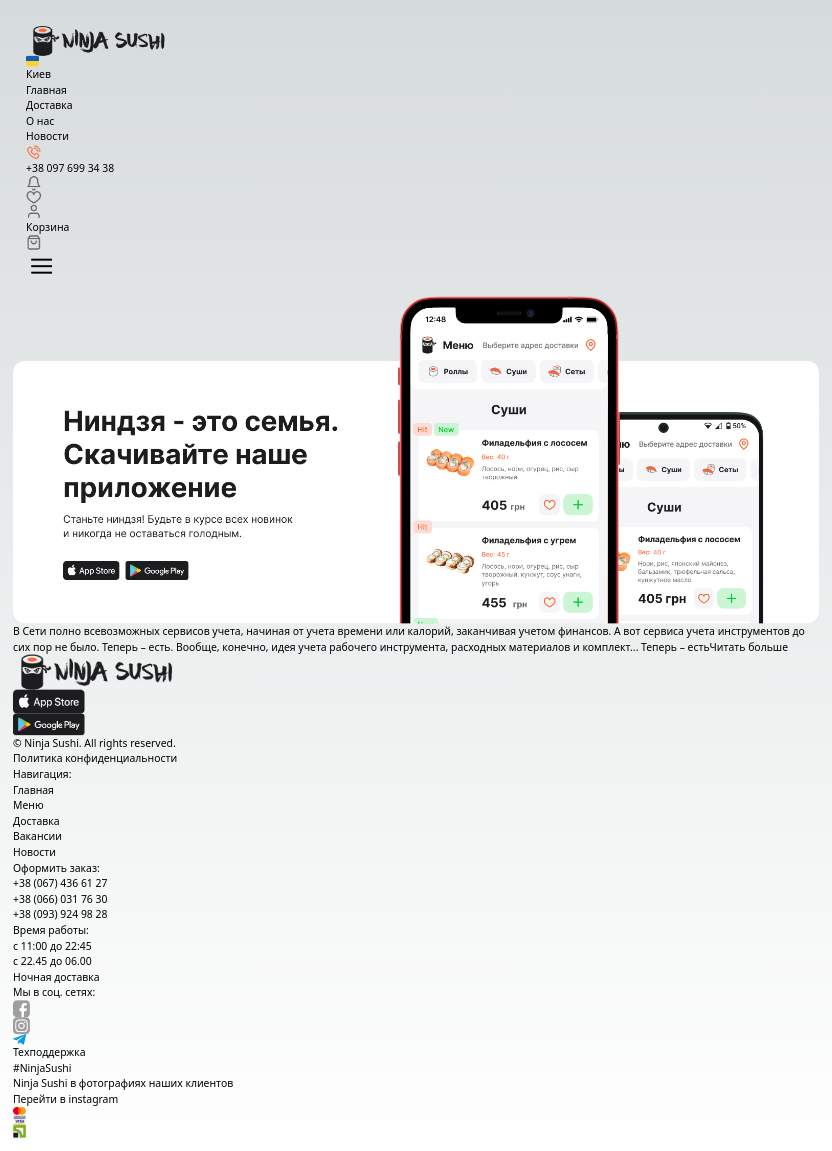
Repository: shokirovG/loyiha
Page: /News
An editor plug-in stored every save of this project. The page is shown before and after the next save, followed by the edit.
The browser window is 1280 px wide. The pictures show the whole page, at 65% of full size.
The project was rebuilt for these pictures with package versions that can differ from the ones it lists, and the page was loaded fresh each time. The framework's server and built-in components were replaced by stand-ins that run in the browser. Also part of the build but not shown: next.config.js, Components/Categories.jsx, Components/OpenNav.jsx.

Above is the page before, as saved 2023-07-01 13:19:13.

After the next save:
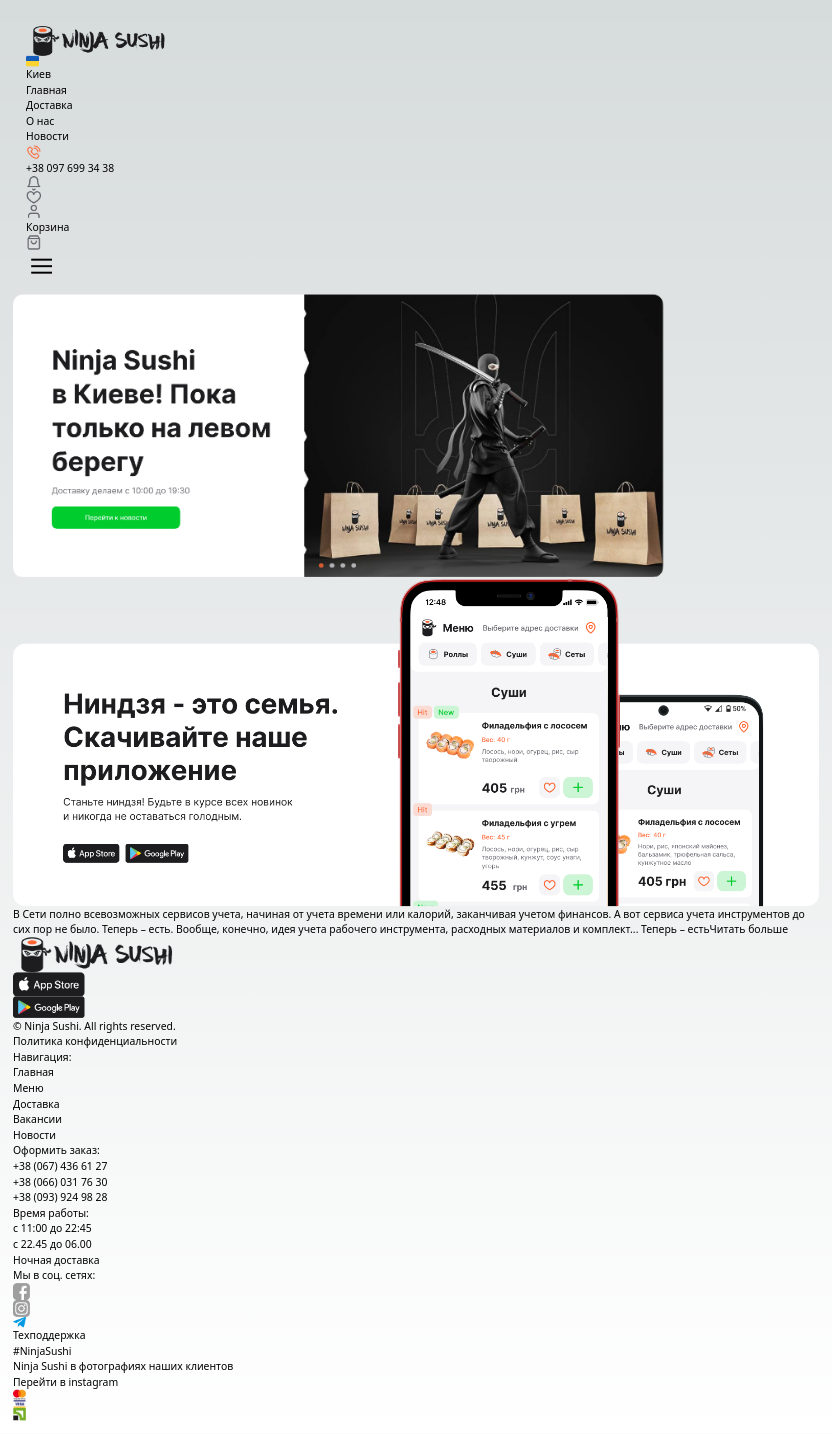
Saved 30 s later.
--- a/Components/Slider.jsx
+++ b/Components/Slider.jsx
@@ -17,20 +17,16 @@
         className="mySwiper h-[686px] w-[100%] mt-10"
       >
         <SwiperSlide>
-          <div></div>
-          {/* <Image src="/imgs/slide.png" width={1000} height={686} /> */}
+          <Image src="/imgs/slide.png" width={1000} height={686} />
         </SwiperSlide>
         <SwiperSlide>
-          <div></div>
-          {/* <Image src="/imgs/slide.png" width={1000} height={686} /> */}
+          <Image src="/imgs/slide.png" width={1000} height={686} />
         </SwiperSlide>
         <SwiperSlide>
-          <div></div>
-          {/* <Image src="/imgs/slide.png" width={1000} height={686} /> */}
+          <Image src="/imgs/slide.png" width={1000} height={686} />
         </SwiperSlide>
         <SwiperSlide>
-          <div></div>
-          {/* <Image src="/imgs/slide.png" width={1000} height={686} /> */}
+          <Image src="/imgs/slide.png" width={1000} height={686} />
         </SwiperSlide>
       </Swiper>
     </>

After the 2 saves that followed:
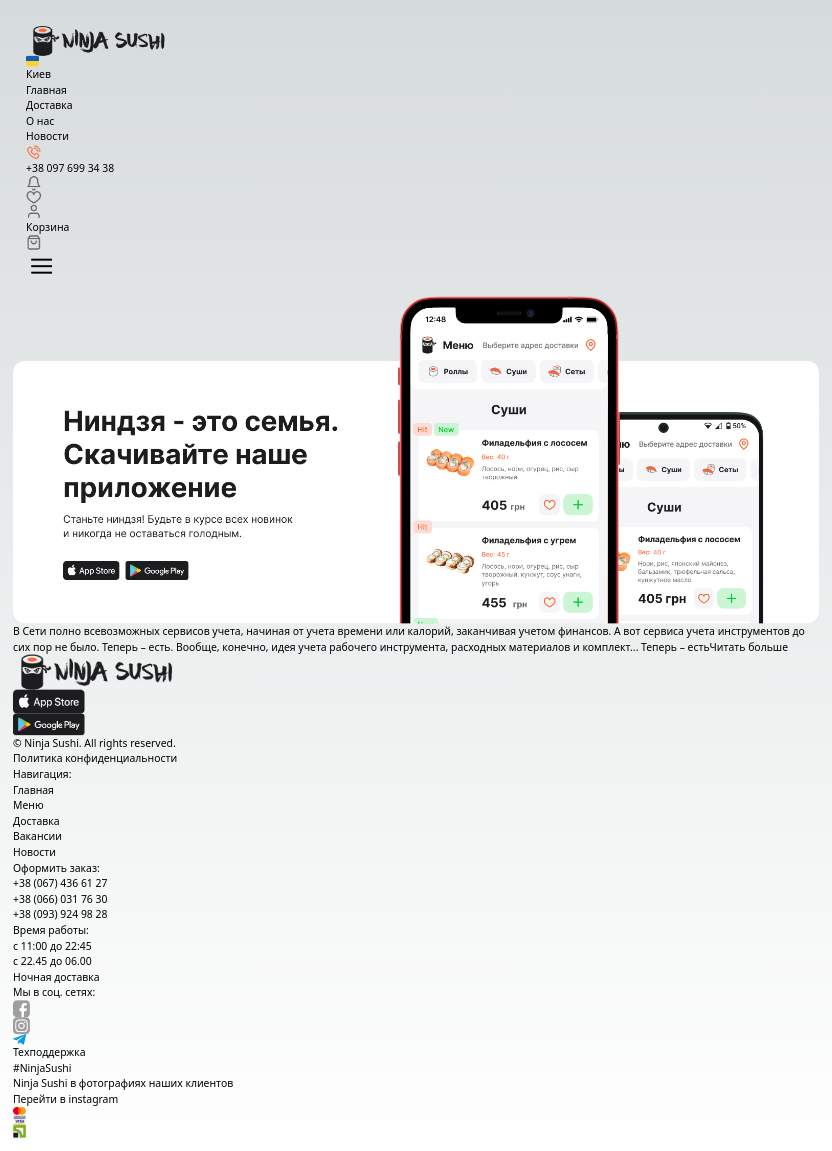
The 2 saves are shown as one change because 1 left the picture as it was.
The last was saved 59 s later.
--- a/Components/Slider.jsx
+++ b/Components/Slider.jsx
@@ -4,7 +4,7 @@
 import React, { useRef, useState } from "react";
 import { Swiper, SwiperSlide } from "swiper/react";
 import "swiper/css";
-import "swiper/css/pagination";
+// import "swiper/css/pagination";
 
 import { Pagination } from "swiper";
 
@@ -15,20 +15,7 @@
         pagination={true}
         modules={[Pagination]}
         className="mySwiper h-[686px] w-[100%] mt-10"
-      >
-        <SwiperSlide>
-          <Image src="/imgs/slide.png" width={1000} height={686} />
-        </SwiperSlide>
-        <SwiperSlide>
-          <Image src="/imgs/slide.png" width={1000} height={686} />
-        </SwiperSlide>
-        <SwiperSlide>
-          <Image src="/imgs/slide.png" width={1000} height={686} />
-        </SwiperSlide>
-        <SwiperSlide>
-          <Image src="/imgs/slide.png" width={1000} height={686} />
-        </SwiperSlide>
-      </Swiper>
+      ></Swiper>
     </>
   );
 }
